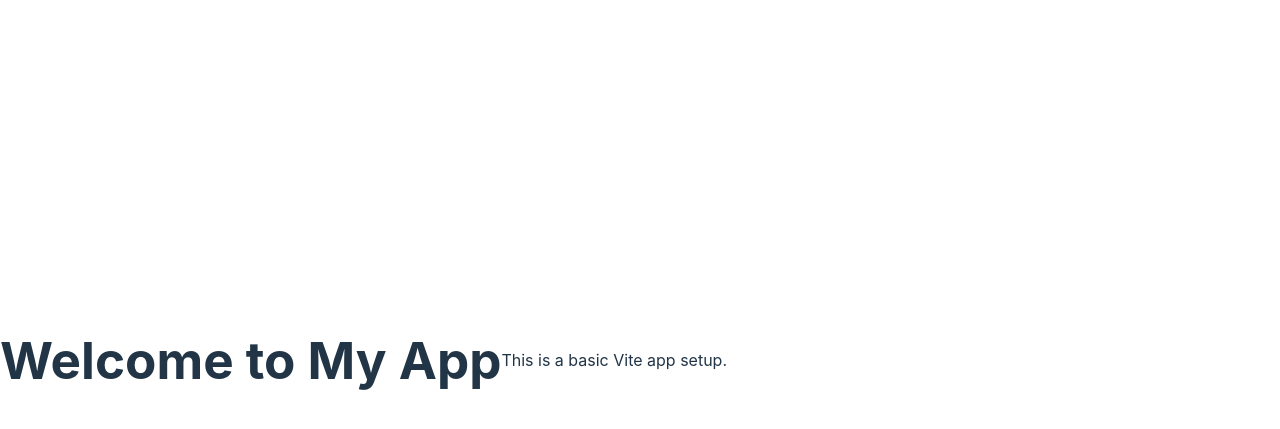
Repository: Javimetro/hyte-full-stack
Page: front/v4/index.html
The author's editor kept a copy of each file at every save. The page is drawn from the files as they stood at one save, then again after the next save.
The browser window is 1280 px wide. The pictures show the whole page.

Above is the page before, as saved 2024-02-08 17:27:14.
Console error: SyntaxError: Unexpected end of input

After the next save:
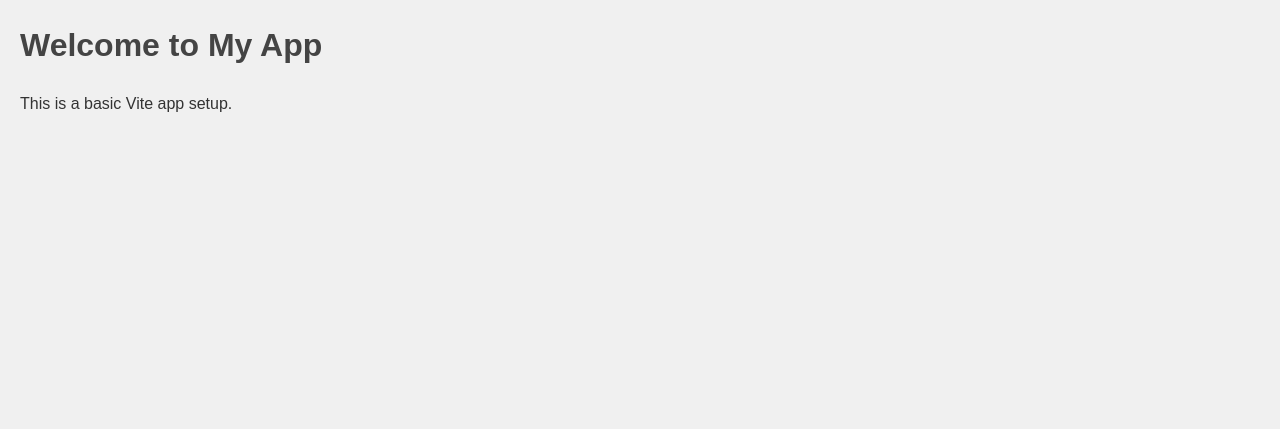
Saved 3 min 24 s later.
--- a/front/v4/style.css
+++ b/front/v4/style.css
@@ -1,105 +1,46 @@
-
-
 /* Basic Reset */
 * {
-    margin: 0;
-    padding: 0;
-    box-sizing: border-box;
-}
-
-:root {
-  font-family: Inter, system-ui, Avenir, Helvetica, Arial, sans-serif;
-  line-height: 1.5;
-  font-weight: 400;
-
-  color-scheme: light dark;
-  color: rgba(255, 255, 255, 0.87);
-  background-color: #242424;
-
-  font-synthesis: none;
-  text-rendering: optimizeLegibility;
-  -webkit-font-smoothing: antialiased;
-  -moz-osx-font-smoothing: grayscale;
-}
-
-a {
-  font-weight: 500;
-  color: #646cff;
-  text-decoration: inherit;
-}
-a:hover {
-  color: #535bf2;
+  margin: 0;
+  padding: 0;
+  box-sizing: border-box;
 }
 
 body {
-  margin: 0;
-  display: flex;
-  place-items: center;
-  min-width: 320px;
-  min-height: 100vh;
+  font-family: 'Arial', sans-serif;
+  background-color: #f0f0f0;
+  color: #333;
+  line-height: 1.6;
+  padding: 20px;
 }
 
 h1 {
-  font-size: 3.2em;
-  line-height: 1.1;
+  color: #444444;
+  margin-bottom: 20px;
 }
 
-#app {
-  max-width: 1280px;
-  margin: 0 auto;
-  padding: 2rem;
-  text-align: center;
+p {
+  margin-bottom: 20px;
 }
 
-.logo {
-  height: 6em;
-  padding: 1.5em;
-  will-change: filter;
-  transition: filter 300ms;
-}
-.logo:hover {
-  filter: drop-shadow(0 0 2em #646cffaa);
-}
-.logo.vanilla:hover {
-  filter: drop-shadow(0 0 2em #f7df1eaa);
-}
-
-.card {
-  padding: 2em;
-}
-
-.read-the-docs {
-  color: #888;
+.container {
+  max-width: 800px;
+  margin: auto;
+  background: #fff;
+  padding: 20px;
+  border-radius: 8px;
+  box-shadow: 0 2px 4px rgba(0, 0, 0, 0.1);
 }
 
 button {
-  border-radius: 8px;
-  border: 1px solid transparent;
-  padding: 0.6em 1.2em;
-  font-size: 1em;
-  font-weight: 500;
-  font-family: inherit;
-  background-color: #1a1a1a;
+  background-color: #007bff;
+  color: #ffffff;
+  padding: 10px 20px;
+  border: none;
+  border-radius: 5px;
   cursor: pointer;
-  transition: border-color 0.25s;
-}
-button:hover {
-  border-color: #646cff;
-}
-button:focus,
-button:focus-visible {
-  outline: 4px auto -webkit-focus-ring-color;
+  font-size: 16px;
 }
 
-@media (prefers-color-scheme: light) {
-  :root {
-    color: #213547;
-    background-color: #ffffff;
-  }
-  a:hover {
-    color: #747bff;
-  }
-  button {
-    background-color: #f9f9f9;
-  }
+button:hover {
+  background-color: #0056b3;
 }
